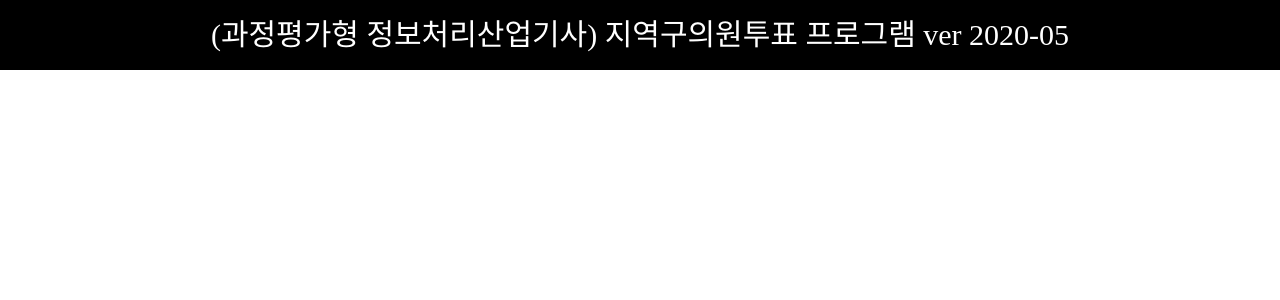
Repository: alsco727/JSP
Page: http://localhost/HRD_2207/header.jsp
An editor plug-in stored every save of this project. The page is shown before and after the next save, followed by the edit.
The browser window is 1280 px wide. The pictures show the whole page.
The page is served by Tomcat 9.

Above is the page before, as saved 2022-08-29 08:14:33.

After the next save:
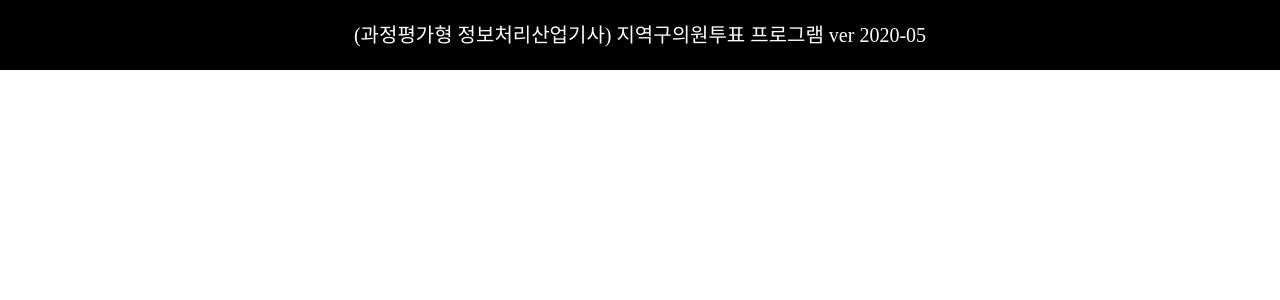
Saved 70 s later.
--- a/information_Processing/JSP과제4/HRD_2207/src/main/webapp/header.jsp
+++ b/information_Processing/JSP과제4/HRD_2207/src/main/webapp/header.jsp
@@ -7,7 +7,7 @@
 <title>header</title>
 </head>
 <body>
-<header style="position:fixed; top:0px; left:0px; width:100%; height:70px; line-height:70px; text-align:center; background-color:black; color:white; font-size:30px;">(과정평가형 정보처리산업기사) 지역구의원투표 프로그램 ver 2020-05</header>
+<header style="position:fixed; top:0px; left:0px; width:100%; height:70px; line-height:70px; text-align:center; background-color:black; color:white; font-size:20px;">(과정평가형 정보처리산업기사) 지역구의원투표 프로그램 ver 2020-05</header>
 
 </body>
 </html>
